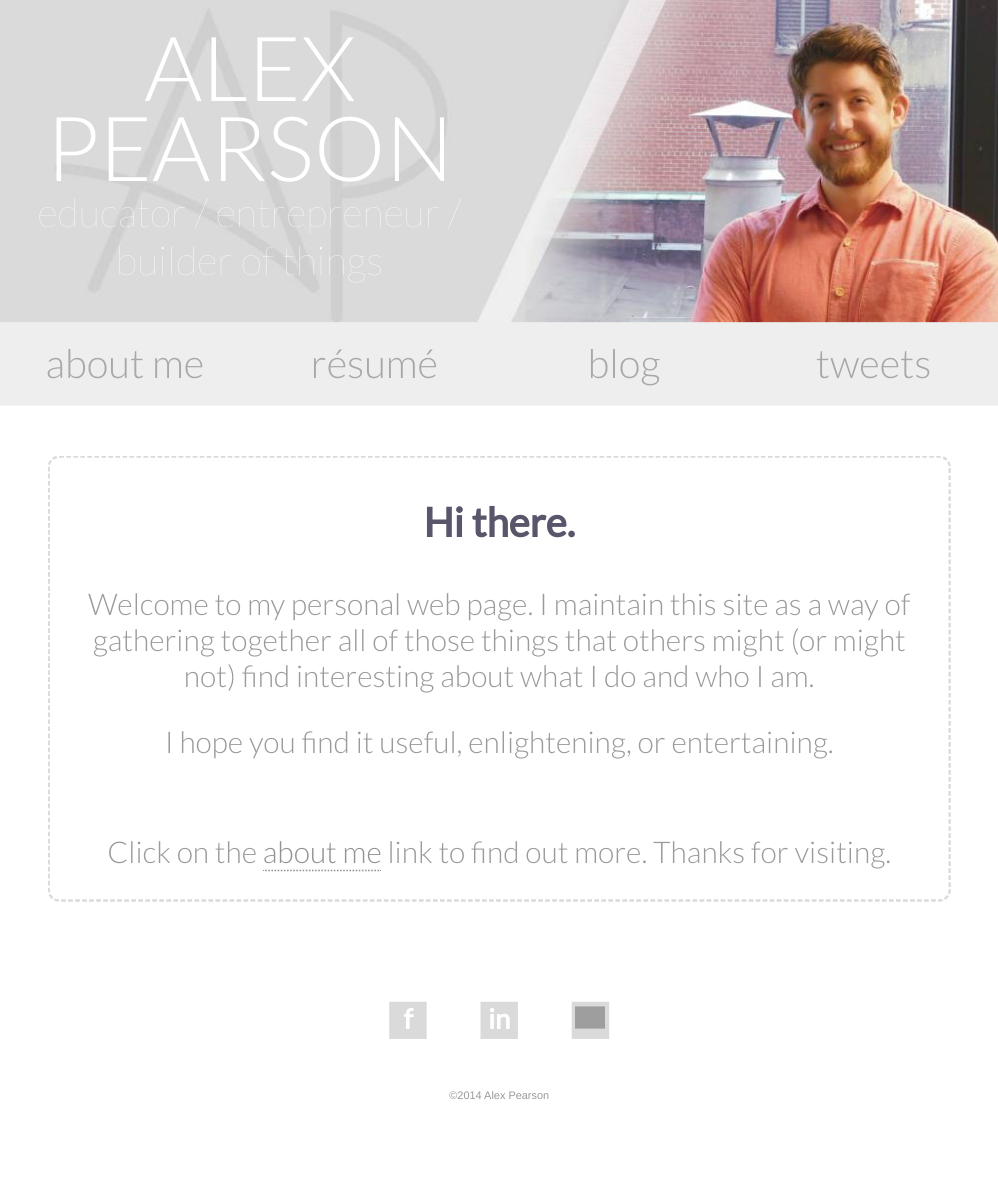
Repository: NAlexPear/personal-page
Page: about/index.html
The author's editor kept a record of every edit. The page is drawn from the files as they stood at one moment, then again after the next edit.
The browser window is 1280 px wide. The pictures show the whole page, at 78% of full size.
Pictures or frames that could not be fetched are drawn as grey boxes.

Above is the page before.

### about/index.html
<!DOCTYPE html>
<html lang="en-us">

<head>
<meta charset="utf-8">
<!-- Set the viewport width to device width for mobile -->
<meta name="viewport" content="width=device-width, initial-scale=1, maximum-scale=1, user-scalable=0">
<link rel="shortcut icon" href="../theme/images/favicon.ico" type="image/x-icon">
<link rel="icon" href="../theme/images/favicon.ico" type="image/x-icon">
<title>About Alex</title>
<!-- Included CSS Files -->
<link rel="stylesheet" href="../theme/css/maintemplate2.css">
<!-- IE Fix for HTML5 Tags -->
<!--[if lt IE 9]>
		<script src="http://html5shiv.googlecode.com/svn/trunk/html5.js"></script>
	<![endif]-->

<link rel="canonical" href="http://alexpear.com">
<link rel="shortlink" href="http://alexpear.com">

<link href='https://fonts.googleapis.com/css?family=Lato:100,300,400' rel='stylesheet' type='text/css'>
<!--Scripts below-->
<script type="text/javascript" src="../theme/js/analytics.js"></script>

</head>

<body>
    <div style="background-color: #EEEEEE;">
    <div class="topstuff">
        <img src="../theme/images/alexsmilin3.jpg" width="100%" height="auto"></img>
        <div class="splash">
            <div id="splashname">
                ALEX PEARSON
            </div>
            <div id="splashtag">
                educator / entrepreneur / builder of things
            </div>
        </div>
    </div>
        <ul id="navbubbles">
            <li id="about">
                <div class="navreact">
                    <a href="http://www.alexpear.com/about" title="About Alex" alt="About Alex">
                        <div>about me</div>
                    </a>
                </div>
            </li>
            <li id="resume">
                <div class="navreact">
                    <a href="http://alexpear.com/resume" title="Alex's Resume" alt="Alex's Resume">
                        <div>résumé</div>
                    </a>
                </div>
            </li>
            <li id="blog">
                <div class="navreact">
                    <a href="http://alexpear.com/blog" title="Alex's Blog" alt="Alex's Blog">
                        <div>blog</div>
                    </a>
                </div>
            </li>
            <li id="blog">
                <div class="navreact">
                    <a href="http://alexpear.com/tweets" title="Alex's Twitter Feed" alt="Alex's Tweets">
                        <div>tweets</div>
                    </a>
                </div>
            </li>
        </ul>
    </div>
    <div id="content-wrapper">
        <div id="content">
            <p style="font-weight:bold; text-align: center; font-size:4vw; color:#59556A;">Hi there.</p>
            <p style="text-align:center;">Welcome to my personal web page. I maintain this site as a way of gathering together all of those things that others might (or might not) find interesting about what I do and who I am.
            <br>
            <p style="text-align:center;">I hope you find it useful, enlightening, or entertaining.</p>
            <br>
            <p style="text-align:center;">Click on the <a href="http://alexpear.com/about">about me</a> link to find out more. Thanks for visiting.</p>


        </div>
    </div>
</body>
<footer>
    <div class="socialmedia">
        <ul id="socialmediabuttons">
            <li id="fb"><a href="https://www.facebook.com/alex.pearson.568" title="facebook">f</a></li>
            <li id="in"><a href="https://www.linkedin.com/pub/alex-pearson/a4/492/a16" title="linkedin">in</a></li>
            <li id="twit"><a href="https://twitter.com/NAlexPearson" title="twitter"><img src="http://i.imgur.com/KlB8yzw.png" width="80%"></a></li>

        </ul>
    </div>
    <div class="copyright">©2014 Alex Pearson</div>
</footer>
<!--<body>-->
<!--    <div>-->
<!--        <div>-->
<!--            <ul id="navbubbles">-->
<!--                <li class="aboutpagebuttons"><img src="http://i.imgur.com/VPk4w5T.jpg" width="100%"/></li>-->
<!--                <li class="aboutpagebuttons"><img src="http://i.imgur.com/7XGbVoA.jpg" width="100%"/></li>-->
<!--                <li class="aboutpagebuttons"><img src="http://i.imgur.com/54ftRHh.jpg" width="100%"/></li>-->
<!--            </ul>-->
<!--        </div>-->
<!--        <p class="main">Hi there. Thanks for looking at my page. I'm a recent transplant to St. Louis by way of Nashville. For the past three years, I've been running my own weightlifting, CrossFit, and general fitness business.</p>-->
<!--        <div>-->
<!--            <ul id="navbubbles">-->
<!--                <li class="aboutpagebuttons"><img src="http://i.imgur.com/GGhYqPX.jpg" height="100%"></img></li>-->
<!--                <li class="aboutpagebuttons"><img src="http://i.imgur.com/pjjaoxQ.jpg" width="100%"></img></li>-->
<!--                <li class="aboutpagebuttons"><img src="http://i.imgur.com/vcil9Jb.jpg" width="100%"></img></li>-->
<!--            </ul>-->
<!--        </div>-->
<!--        <p class="main">After building my business from scratch into a self-sustaining (and sell-able) community, it was time to move on to the next adventure. So here I am. You can still find me in the weight room and on the competition platform, but as an athlete instead of full-time coach.</p>-->
<!--        <div>-->
<!--            <ul id="navbubbles">-->
<!--                <li class="aboutpagebuttons"><img src="http://i.imgur.com/yh2LGXZ.jpg" height="100%"></li>-->
<!--                <li class="aboutpagebuttons"><img src="http://i.imgur.com/htYHARt.jpg" width="100%"></li>-->
<!--                <li class="aboutpagebuttons"><img src="http://i.imgur.com/kY4R3GA.jpg" height="100%"></li>-->
<!--            </ul>-->
<!--        </div>-->
<!--        <p class="main">For now, it's time for me to get connected to the St. Louis entrepreneurial scene and get started on the next business idea. If you'd like to work with me, check out my resume on the front page, or shoot me an email at alex@alexpear.com.</p>-->
<!--    </div>-->
<!--</body>-->

### theme/css/maintemplate2.css
html{
    -webkit-font-smoothing: antialised;
    margin:0;
}

body{
    background-color: rgb(255,255,255);
    margin:0;
}

p {
    font-family: georgia, "Times New Roman";
    font-size: 4vw;
    color: rgb(155,155,155);
}

a {
    text-decoration: none;
    color: rgba(100,100,100,0.7);
}

a:hover {
    color: rgba(100,100,100,1.0);
}

.topstuff{
    width: 100%;
}

.splash {
    width: 50%;
    position: absolute;
    margin-top: -30%;
}

#content-wrapper{
    width:90%;
    max-width: 2000px;
    margin-left:auto;
    margin-right:auto;
    margin-top: 5%;
    border: 0.3vw dashed #dadada;
    border-radius: 15px;
}

/*#content-wrapper:before {*/
/*  content:"";*/
/*  position:absolute;*/
 /* bottom:-20px; /* value = - border-top-width - border-bottom-width */
  /*left:40px; /* controls horizontal position */
/*  border-width:20px 20px 0;*/
/*  border-style:dashed;*/
/*  border-color:#5a8f00 transparent;*/
  /* reduce the damage in FF3.0 */
/*  display:block;*/
/*  width:0;*/
/*}*/

/*#content-wrapper:after {*/
/*  content:"";*/
/*  position:absolute;*/
/*  bottom:-13px; /* value = - border-top-width - border-bottom-width */
  /*left:47px; /* value = (:before left) + (:before border-left) - (:after border-left)
/*  border-width:13px 13px 0;*/
/*  border-style:dashed;*/
/*  border-color:#fff transparent;*/
  /* reduce the damage in FF3.0 */
/*  display:block;*/
/*  width:0;*/
/*}*/

#content{
    padding-left:1.5vw;
    padding-right:1.5vw;
}

#content p{
    font-size:3vw;
    font-family:'Lato', 'Helvetica', 'sans-serif';
    font-weight:300;
}

#content ul{
    font-family: 'Lato', 'Helvetica', 'sans-serif';
    font-size: 0.8em;
    opacity: 0.3;
}

#content a{
    border-bottom:0.2vw dotted;
}

#content a:hover{
    border-bottom:0.2vw solid;
}

.signature{
    width:40%;
    height:auto;
    margin-left:auto;
    margin-right:auto;
    margin-top:-2%;
}

.signature img{
    margin-left:27%;
    width:40%;
    height:14vw;
    margin-bottom:0;
    opacity: 0.1;
    border: 0.3vw solid #59556a;
    border-radius:50%;
}

.signature h1{
    font-family: 'Shadows Into Light', 'cursive';
    font-size: 7vw;
    font-weight:300;
    margin-left:29%;
    margin-top:-23%;
    padding-top:0;
    color:#59556a;
}

#splashname{
    position:relative;
    font-family: 'Lato', "sans-serif";
    text-align: center;
    font-weight: 300;
    font-size:9vw;
    line-height:90%;
    padding-bottom: 0vw;
    color: rgb(255,255,255);
}

#splashtag{
    position:relative;
    font-family:'Lato',"Sans-Serif";
    font-size:4vw;
    font-weight: 100;
    color: rgb(255,255,255);
    text-align: center;
}

#navbubbles{
    list-style-type:none;
    display:table;
    table-layout:fixed;
    width: 100%;
    padding-bottom: 2vw;
    padding-left: 0px;
}

#navbubbles li{
    display: table-cell;
    text-align: center;
    font-family: 'Lato', "Sans-Serif";
    font-size: 4vw;
    font-weight: 300;
    color:#ffffff;;
}

.navreact a{

   color:#A8A8A8;
  -o-transition:.5s color;
  -ms-transition:.5s color;
  -moz-transition:.5s color;
  -webkit-transition:.5s color;
   transition: .5s color;
}

.navreact a:hover{
    color: #51504f;
}




.socialmedia{
    margin-top: 10%;
}

footer ul { list-style: none; margin: 0 auto; overflow: hidden; padding: 0; width: 50%; min-width:200px; max-width:350px;
    margin-left: auto;
    margin-right: auto;
    display: table;
    table-layout:fixed;
}
footer ul li {display: table-cell; font-family: lato, "sans-serif"; font-size: 2.2em; font-weight: bold;}
footer ul li:last-child {margin-right: 0; }
footer ul li a { background: #DADADA; display:block; color: #fff; overflow: hidden; text-decoration: none; -webkit-transition: all .3s ease; width: 48px; height: 48px;margin-left:auto;margin-right:auto;}
footer ul li a:hover, footer ul li a:focus, footer ul li a:active { background: #51504f; color: #fff; }

#socialmediabuttons {
    text-align: center;
    /*direction:ltr;*/
}

#in{
    font-weight: bolder;
}

.copyright {
    margin-top:5%;
    margin-bottom:10%;
    text-align: center;
    font-family: helvetica, "Sans-Serif";
    font-size: 14px;
    opacity: 0.4;
}

### theme/js/analytics.js
(function(i,s,o,g,r,a,m){i['GoogleAnalyticsObject']=r;i[r]=i[r]||function(){(i[r].q=i[r].q||[]).push(arguments)},i[r].l=1*new Date();a=s.createElement(o),m=s.getElementsByTagName(o)[0];a.async=1;a.src=g;m.parentNode.insertBefore(a,m)})(window,document,'script','//www.google-analytics.com/analytics.js','ga');ga('create','UA-56023800-1','auto');ga('send','pageview');

After the next edit:
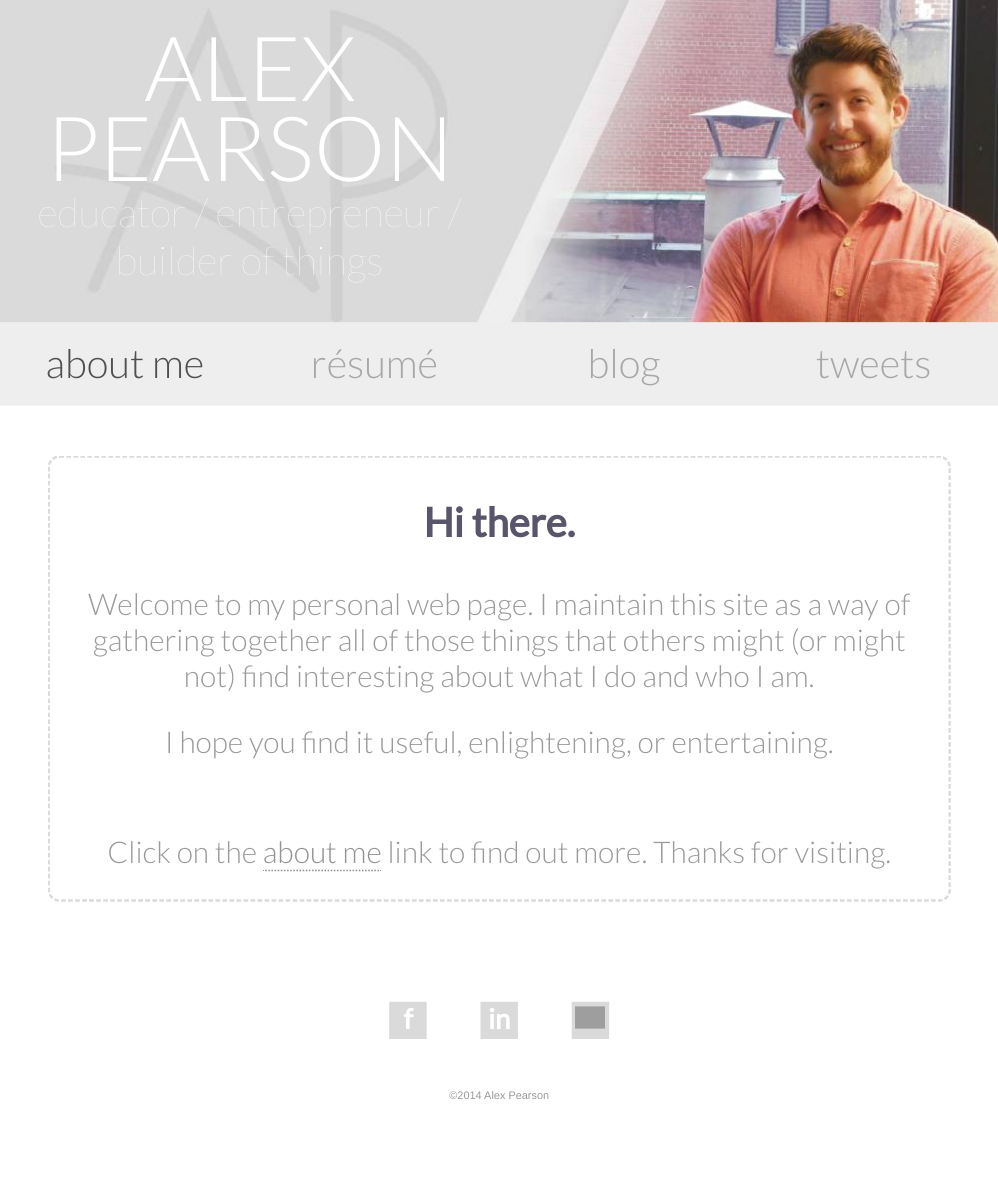
The edit:
--- a/about/index.html
+++ b/about/index.html
@@ -41,7 +41,7 @@
             <li id="about">
                 <div class="navreact">
                     <a href="http://www.alexpear.com/about" title="About Alex" alt="About Alex">
-                        <div>about me</div>
+                        <div style="color:#51504f;">about me</div>
                     </a>
                 </div>
             </li>
